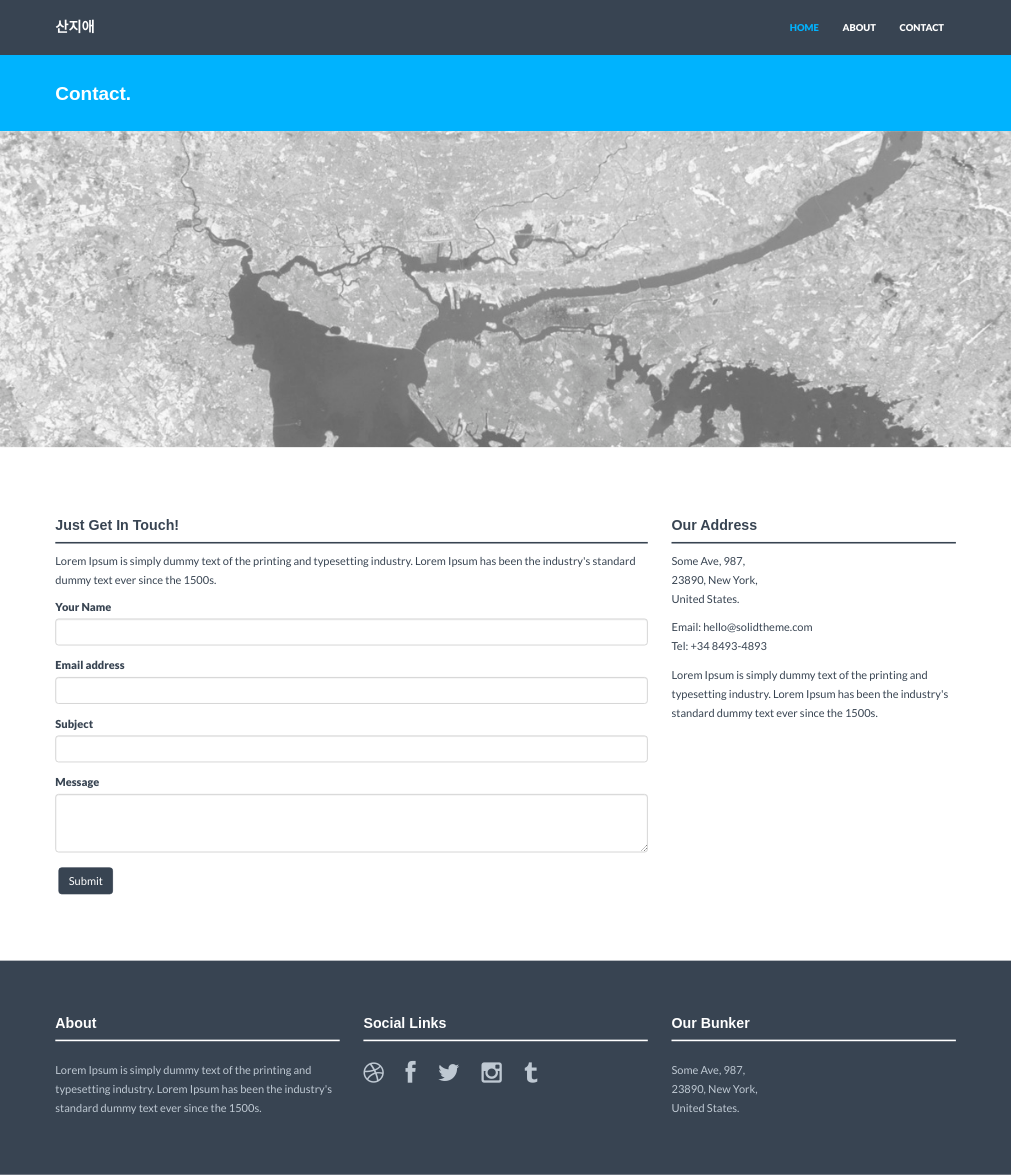
Repository: CHOKIHO/html
Page: work/0113/WebContent/contact.html
These files come from the project's save history. The page is drawn as it stood at one moment and after the next save; the edit follows.
The browser window is 1280 px wide. The pictures show the whole page, at 79% of full size.
Some web fonts or font styles are not loaded; a fallback is used. Some web libraries are served in a nearby version.

Above is the page before, as saved 2017-01-13 08:25:11.

After the next save:
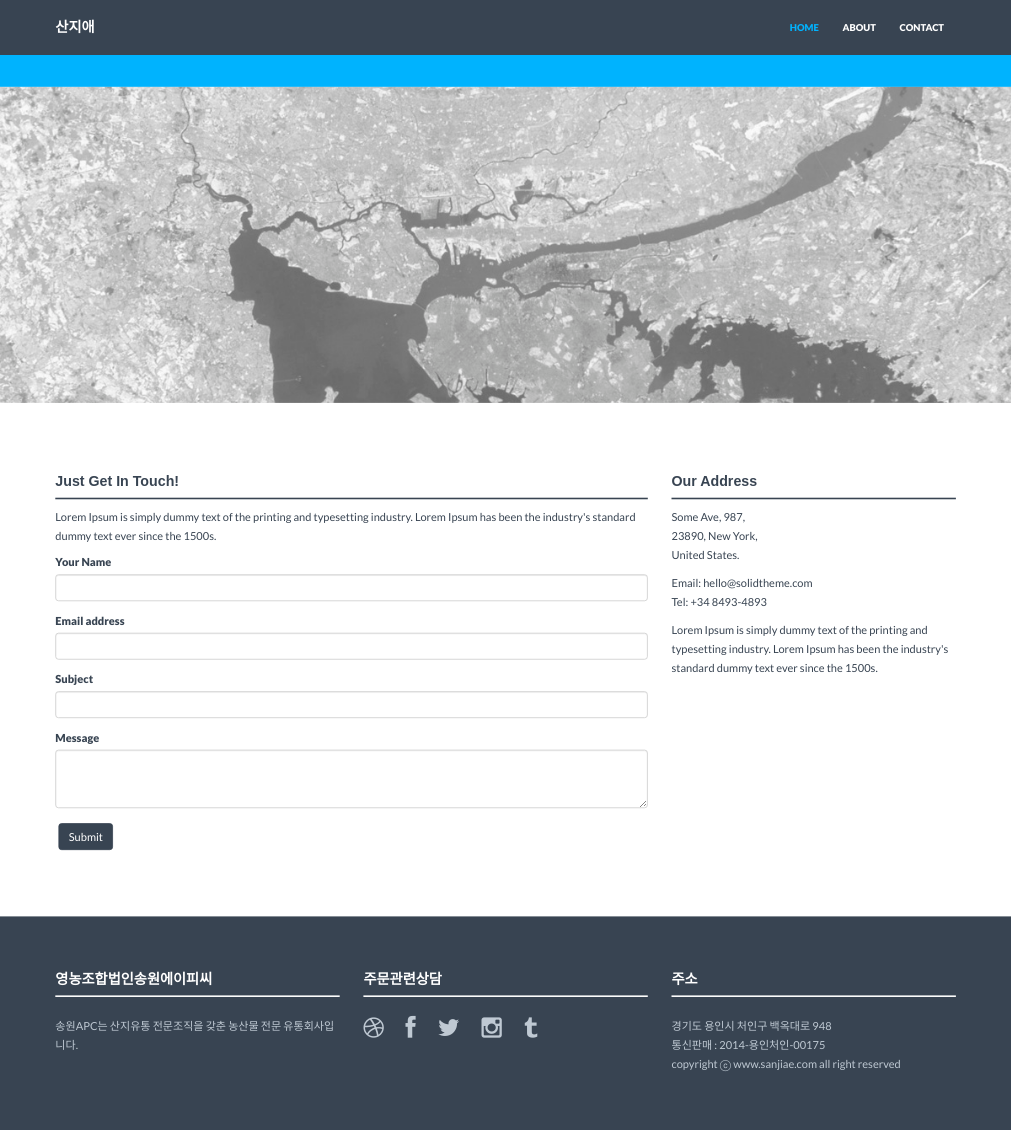
Saved 3 min 4 s later.
--- a/work/0113/WebContent/contact.html
+++ b/work/0113/WebContent/contact.html
@@ -62,7 +62,6 @@
 	<div id="blue">
 	    <div class="container">
 			<div class="row">
-				<h3>Contact.</h3>
 			</div><!-- /row -->
 	    </div> <!-- /container -->
 	</div><!-- /blue -->
@@ -129,12 +128,12 @@
 	 	<div class="container">
 		 	<div class="row">
 		 		<div class="col-lg-4">
-		 			<h4>About</h4>
+		 			<h4>영농조합법인송원에이피씨</h4>
 		 			<div class="hline-w"></div>
-		 			<p>Lorem Ipsum is simply dummy text of the printing and typesetting industry. Lorem Ipsum has been the industry's standard dummy text ever since the 1500s.</p>
+		 			<p>송원APC는 산지유통 전문조직을 갖춘 농산물 전문 유통회사입니다.</p>
 		 		</div>
 		 		<div class="col-lg-4">
-		 			<h4>Social Links</h4>
+		 			<h4>주문관련상담</h4>
 		 			<div class="hline-w"></div>
 		 			<p>
 		 				<a href="#"><i class="fa fa-dribbble"></i></a>
@@ -145,12 +144,12 @@
 		 			</p>
 		 		</div>
 		 		<div class="col-lg-4">
-		 			<h4>Our Bunker</h4>
+		 			<h4>주소</h4>
 		 			<div class="hline-w"></div>
 		 			<p>
-		 				Some Ave, 987,<br/>
-		 				23890, New York,<br/>
-		 				United States.<br/>
+		 				경기도 용인시 처인구 백옥대로 948<br/>
+		 				통신판매 : 2014-용인처인-00175<br/>
+		 				copyright ⓒ www.sanjiae.com all right reserved<br/>
 		 			</p>
 		 		</div>
 
